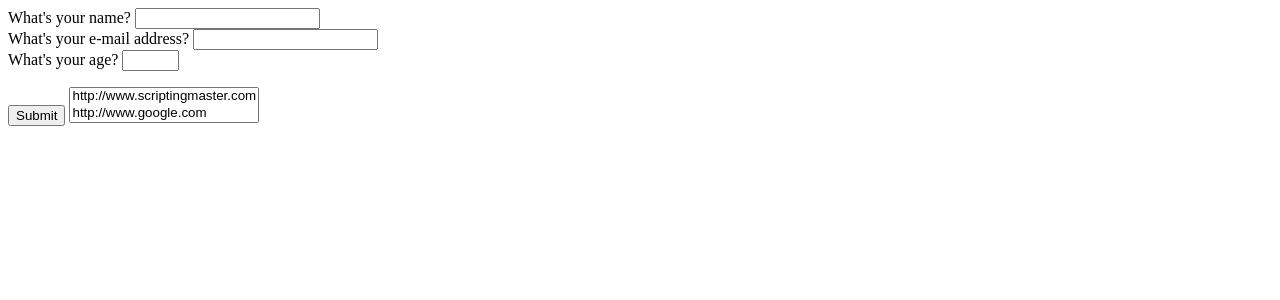
Repository: jpab/Communication-system-OSGi
Page: WABND/static/index.html
These files come from the project's save history. The page is drawn as it stood at one moment and after the next save; the edit follows.
The browser window is 1280 px wide. The pictures show the whole page.

Above is the page before, as saved 2013-04-15 23:14:33.

### WABND/static/index.html
<!DOCTYPE html PUBLIC "-//W3C//DTD HTML 4.01 Transitional//EN" "http://www.w3.org/TR/html4/loose.dtd">
<HTML>
<BODY>
<FORM METHOD=POST ACTION="savename.jsp">
What's your name? <INPUT TYPE=TEXT NAME=username SIZE=20><BR>
What's your e-mail address? <INPUT TYPE=TEXT NAME=email SIZE=20><BR>
What's your age? <INPUT TYPE=TEXT NAME=age SIZE=4>
<P><INPUT TYPE=SUBMIT>
<select name="FavWebSite" size="2">
<option value="SM">http://www.scriptingmaster.com</option>
<option value="Google">http://www.google.com</option>
<option value="MSN">http://www.msn.com</option>
<option value="yahoo">http://www.yahoo.com</option>
<option value="microsoft">http://www.microsoft.com</option>
</select>
</FORM>
</BODY>
</HTML>

After the next save:
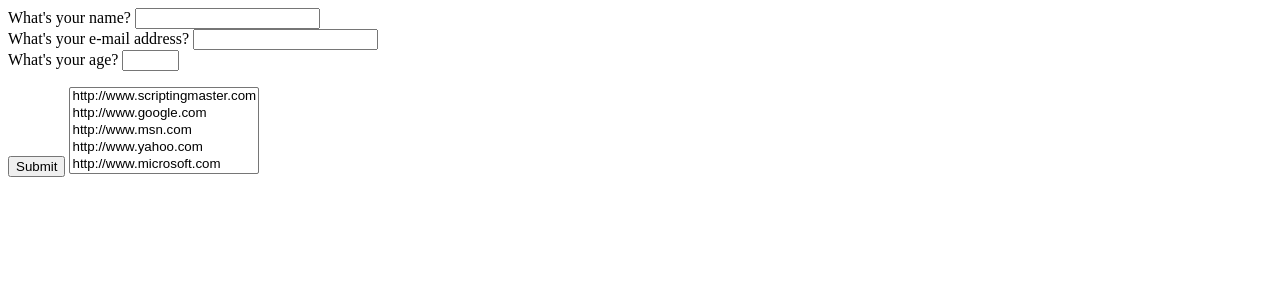
Saved 117 s later.
--- a/WABND/static/index.html
+++ b/WABND/static/index.html
@@ -6,7 +6,7 @@ What's your name? <INPUT TYPE=TEXT NAME=username SIZE=20><BR>
 What's your e-mail address? <INPUT TYPE=TEXT NAME=email SIZE=20><BR>
 What's your age? <INPUT TYPE=TEXT NAME=age SIZE=4>
 <P><INPUT TYPE=SUBMIT>
-<select name="FavWebSite" size="2">
+<select name="FavWebSite" size="5">
 <option value="SM">http://www.scriptingmaster.com</option>
 <option value="Google">http://www.google.com</option>
 <option value="MSN">http://www.msn.com</option>
